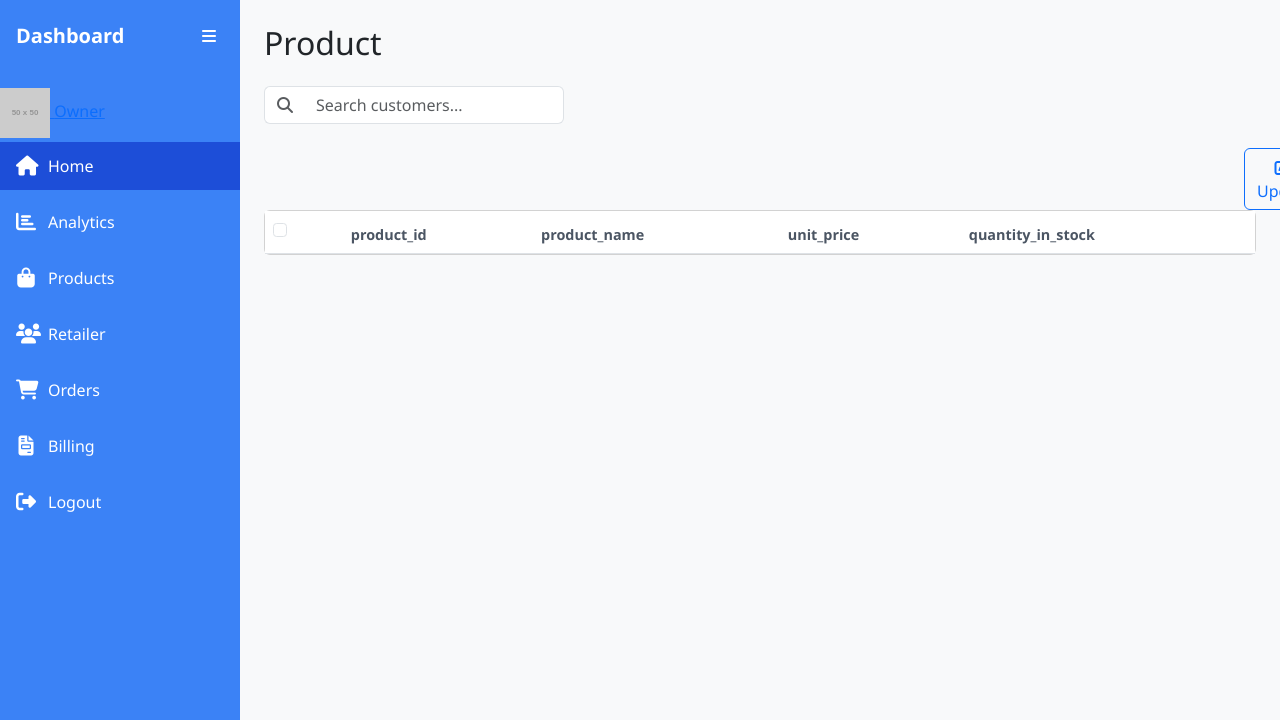
Repository: AditiAjitSalvi/Inventory_Managment
Page: http://localhost/Paper_inventory/Product.jsp
These files come from the project's save history. The page is drawn as it stood at one moment and after the next save; the edit follows.
The browser window is 1280 px wide. The pictures show the whole page.
The page is served by Tomcat 9. Queries for data that is not in the repository find no rows.

Above is the page before, as saved 2025-06-02 04:40:04.

After the next save:
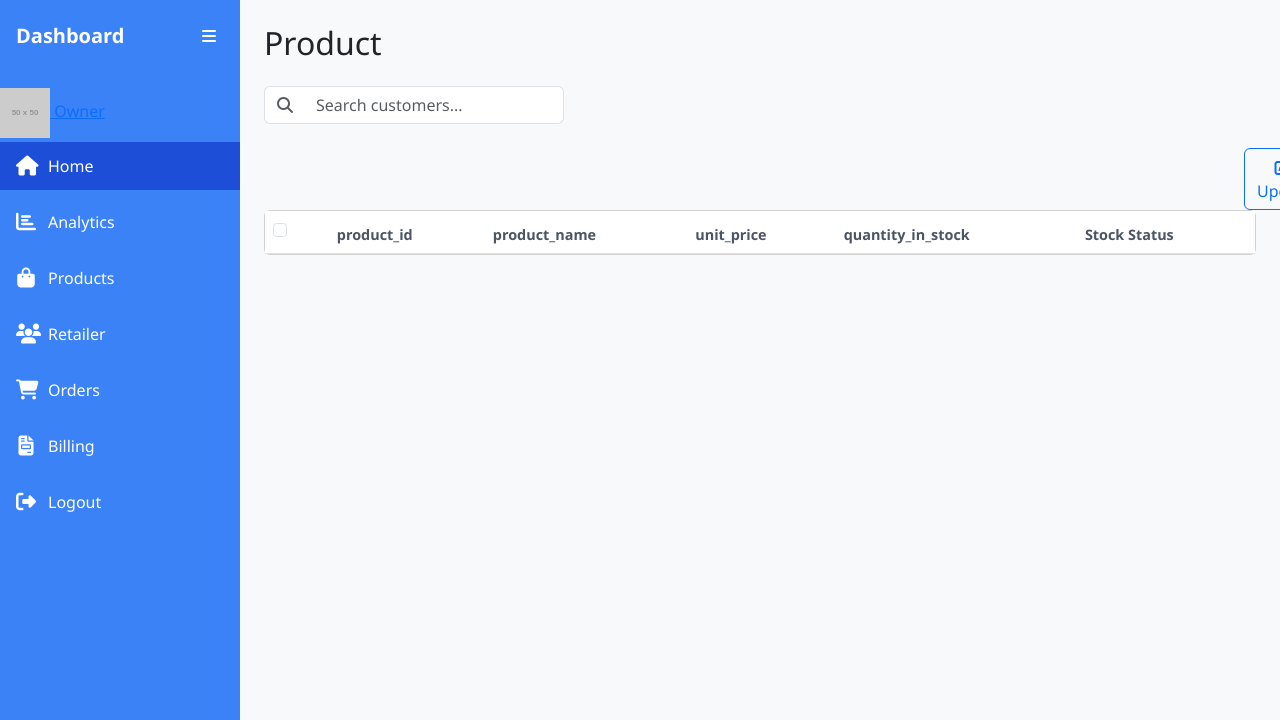
Saved 2 min 1 s later.
--- a/Paper_inventory/Paper_inventory/src/main/webapp/Product.jsp
+++ b/Paper_inventory/Paper_inventory/src/main/webapp/Product.jsp
@@ -336,7 +336,7 @@ body {
 										<th>product_name</th>
 										<th>unit_price</th>
 										<th>quantity_in_stock</th>
-
+										<th>Stock Status</th>
 
 									</tr>
 								</thead>
